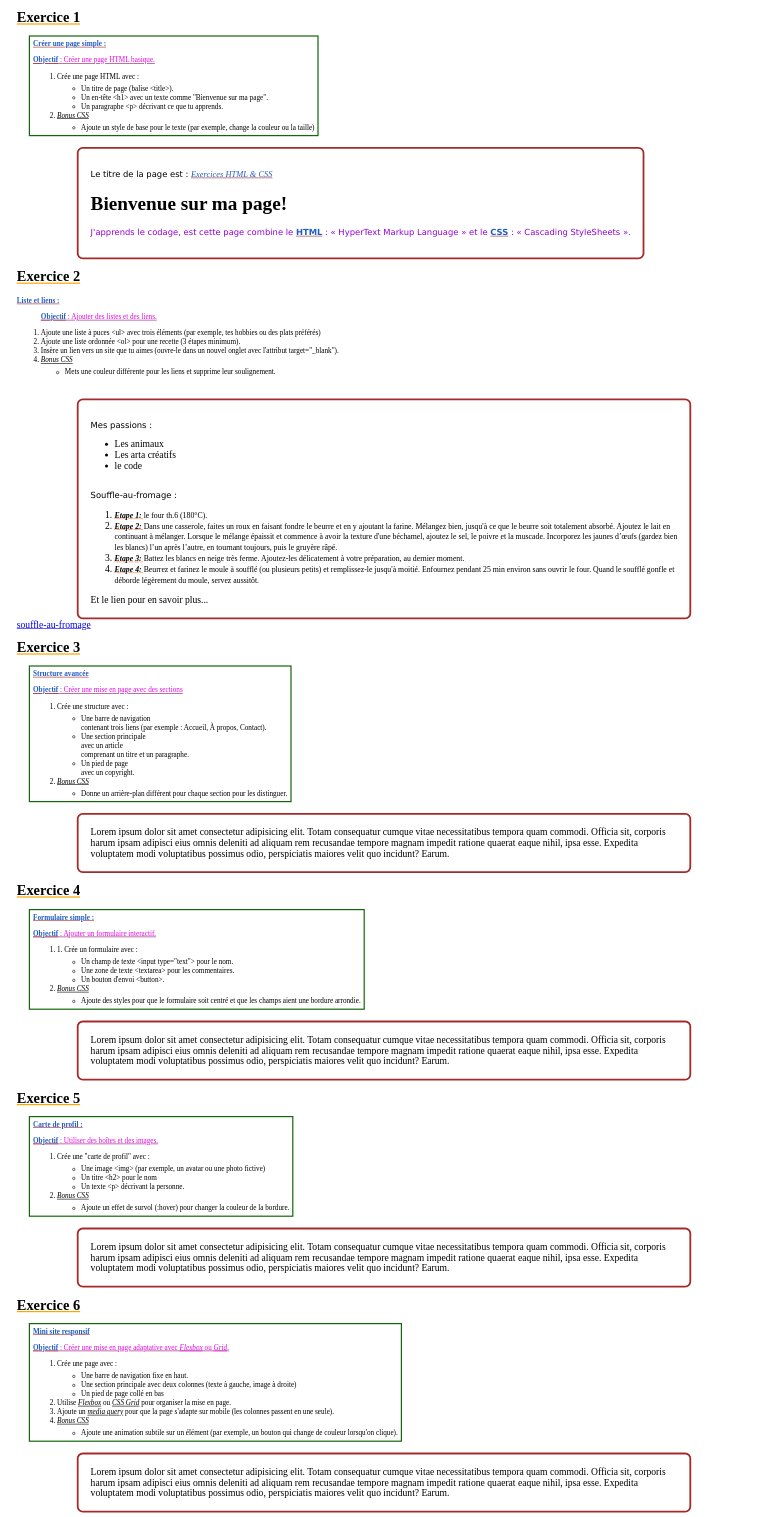
Repository: AnnaSpirit/Mimo_App
Page: Exercices_HTML&CSS.html
The author's editor kept a copy of each file at every save. The page is drawn from the files as they stood at one save, then again after the next save.
The browser window is 1280 px wide. The pictures show the whole page, at 60% of full size.

Above is the page before, as saved 2024-12-08 15:22:30.

After the next save:
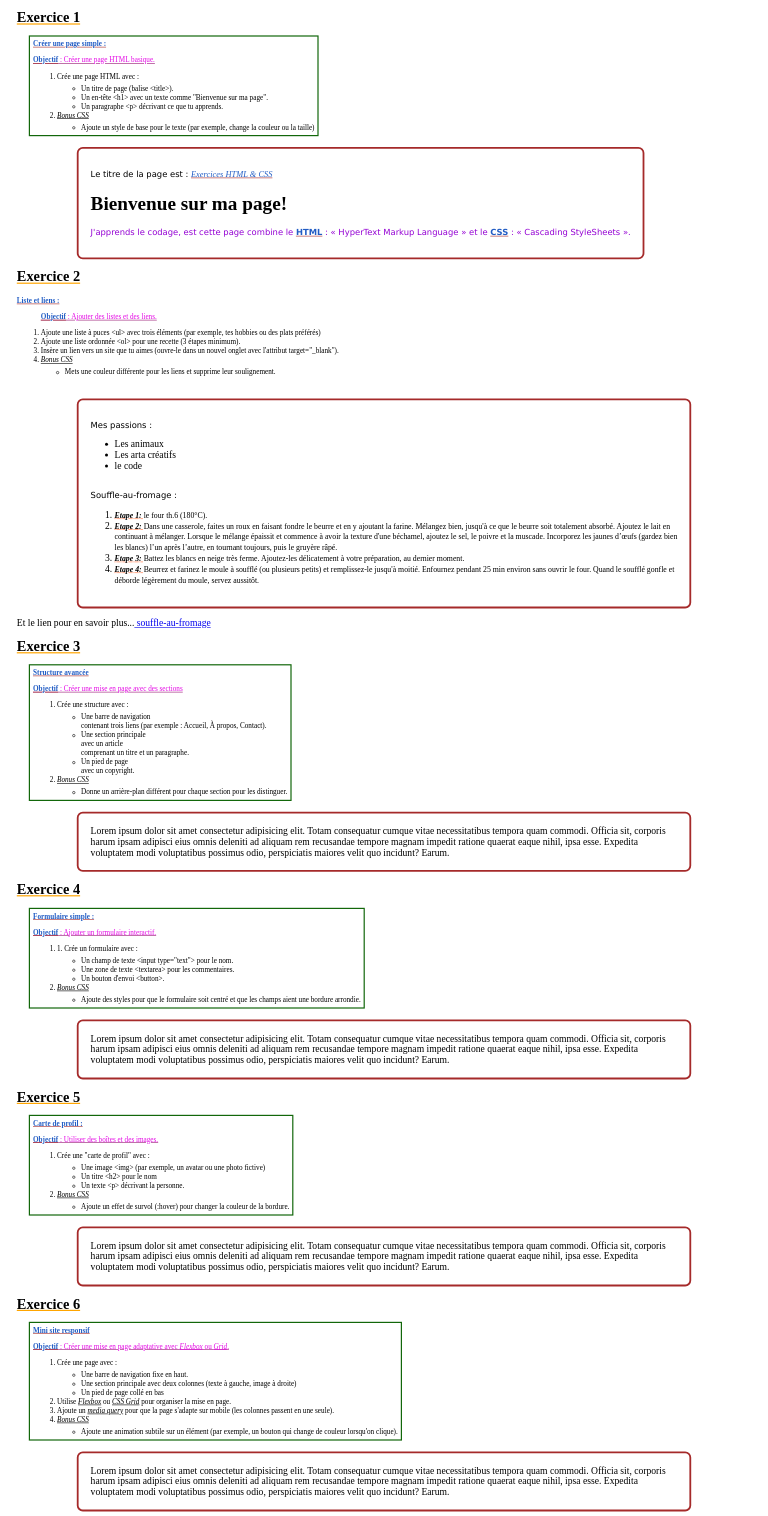
Saved 4 s later.
--- a/Exercices_HTML&CSS.html
+++ b/Exercices_HTML&CSS.html
@@ -85,7 +85,7 @@
                 <span class="a_faire">Beurrez et farinez le moule à soufflé (ou plusieurs petits) et remplissez-le jusqu'à moitié. Enfournez pendant 25 min
                 environ sans ouvrir le four. Quand le soufflé gonfle et déborde légèrement du moule, servez aussitôt.</span></li>
             </ol>
-            <p</p>Et le lien pour en savoir plus...<a href="https://www.cuisineaz.com/recettes/souffle-au-fromage-facile-et-rapide-50444.aspx#preparation" target="_blank"> souffle-au-fromage</a></p>
+            <p>Et le lien pour en savoir plus...<a href="https://www.cuisineaz.com/recettes/souffle-au-fromage-facile-et-rapide-50444.aspx#preparation" target="_blank"> souffle-au-fromage</a></p>
         </p>
     </span>
     </div>
